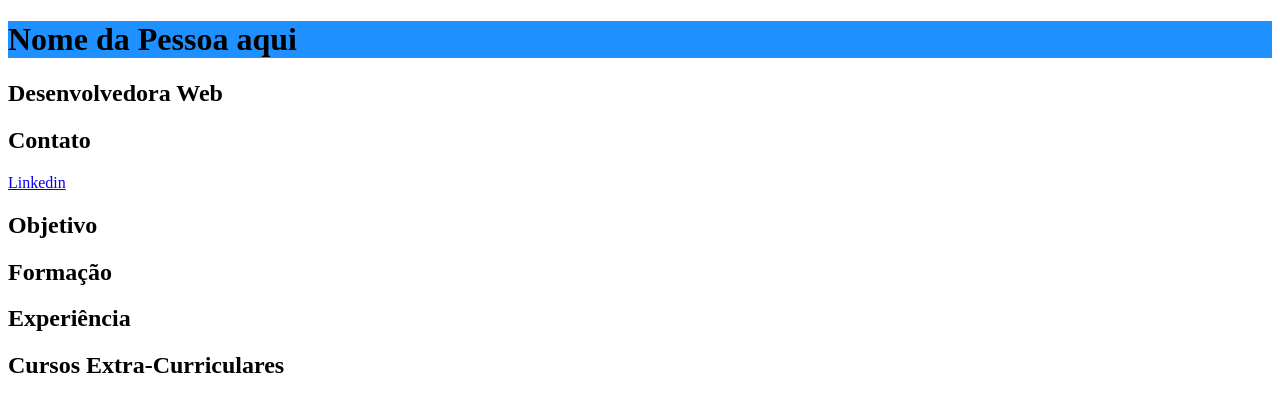
Repository: BellsBarbosa/EXERC-CIOS-ENT
Page: CV.HTML
These files come from the project's save history. The page is drawn as it stood at one moment and after the next save; the edit follows.
The browser window is 1280 px wide. The pictures show the whole page.

Above is the page before, as saved 2023-07-04 15:10:50.

After the next save:
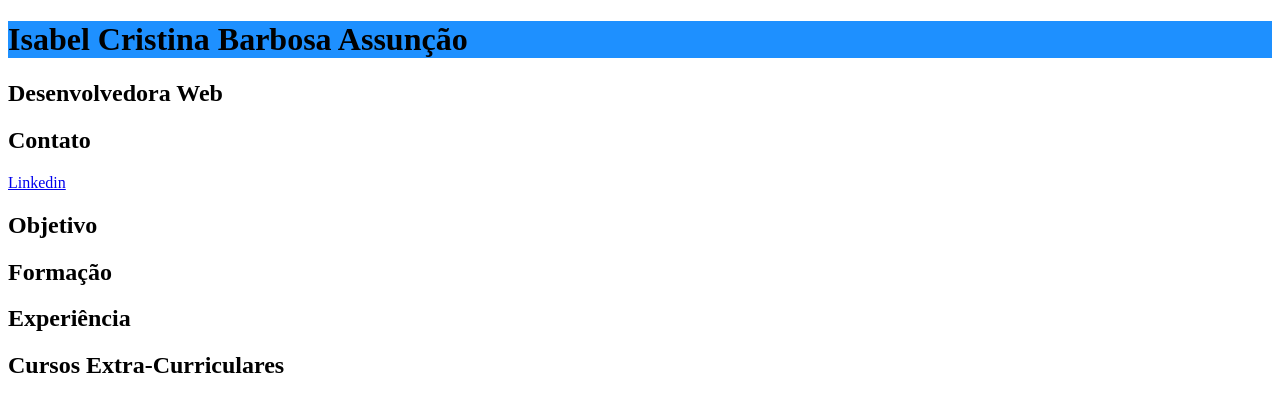
Saved 20 s later.
--- a/CV.HTML
+++ b/CV.HTML
@@ -6,7 +6,7 @@
 	<title>Curriculo - Turma 01</title>
 </head>
 <body>
-	<H1 style="background-color:DodgerBlue;">Nome da Pessoa aqui</H1>
+	<H1 style="background-color:DodgerBlue;">Isabel Cristina Barbosa Assunção</H1>
 	<h2>Desenvolvedora Web</h2>
 	<h2>Contato</h2>
 	<a href="htttp://www.linkedin.com/in/julianaribeirof">Linkedin</a>
